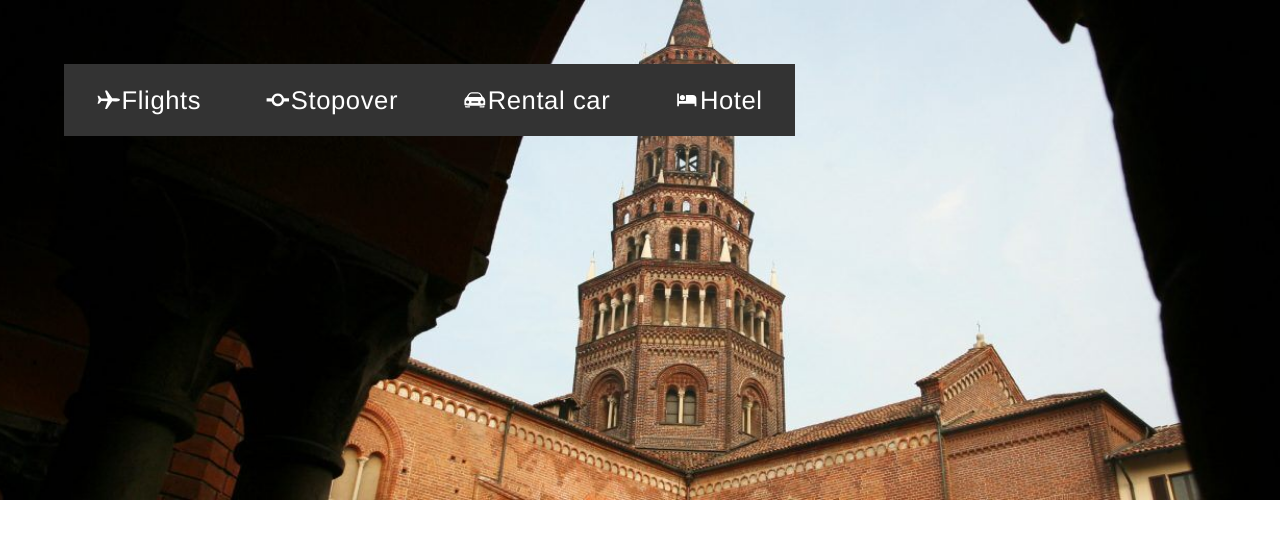
Repository: guidogr95/Everymundo-Excercise
Page: /
These files come from the project's save history. The page is drawn as it stood at one moment and after a run of saves; the edit follows.
The browser window is 1280 px wide. The pictures show the whole page.
The project was rebuilt for these pictures with package versions that can differ from the ones it lists, and the page was loaded fresh each time.

Above is the page before, as saved 2021-06-30 21:13:46.

After the next 2 saves:
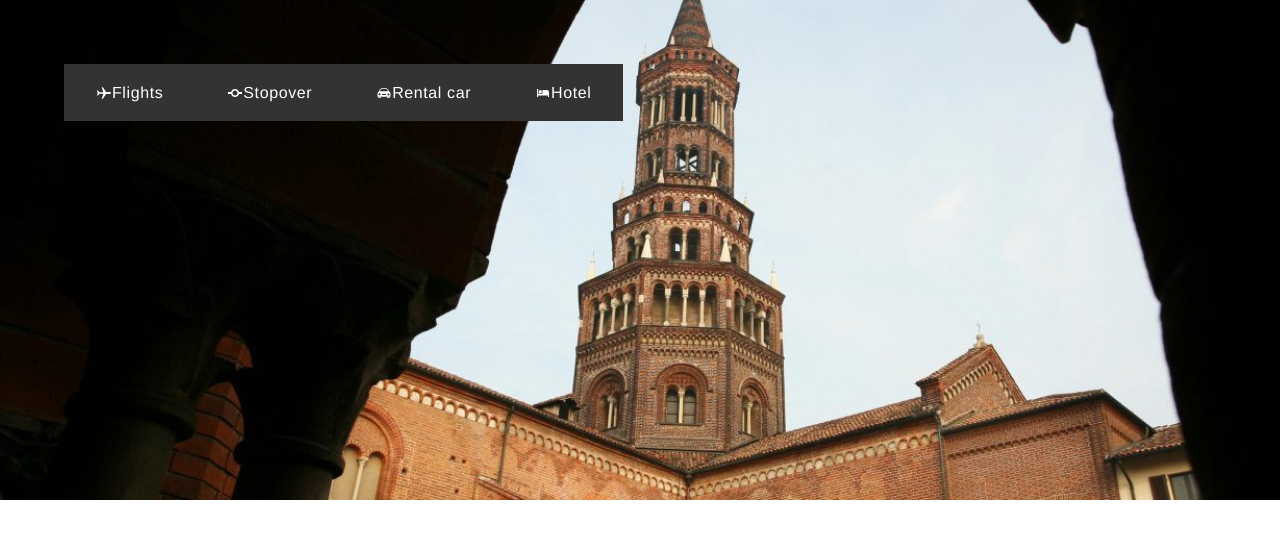
The 2 saves are shown as one change because 1 did not build or start.
The last was saved 70 s later.
--- a/src/styles/_variables.scss
+++ b/src/styles/_variables.scss
@@ -11,7 +11,7 @@ $font-family: SwissText,Helvetica,Arial,sans-serif,LufthansaMamSymbolText;
 $font-weight-medium: 700;
 $font-weight-small: 300;
 // font-size
-$font-size-medium: 1.6rem;
+$font-size-normal: 1rem;
 // line height
 $line-height-medium: 2.2rem;
 // letter spacing
--- a/src/components/BookingMask/bookingmask.scss
+++ b/src/components/BookingMask/bookingmask.scss
@@ -8,7 +8,7 @@
       padding: 1rem 2rem;
       display: inline-flex;
       align-items: center;
-      font-size: $font-size-medium;
+      font-size: $font-size-normal;
       font-weight: $font-weight-small;
       letter-spacing: $letter-spacing-small;
     }
